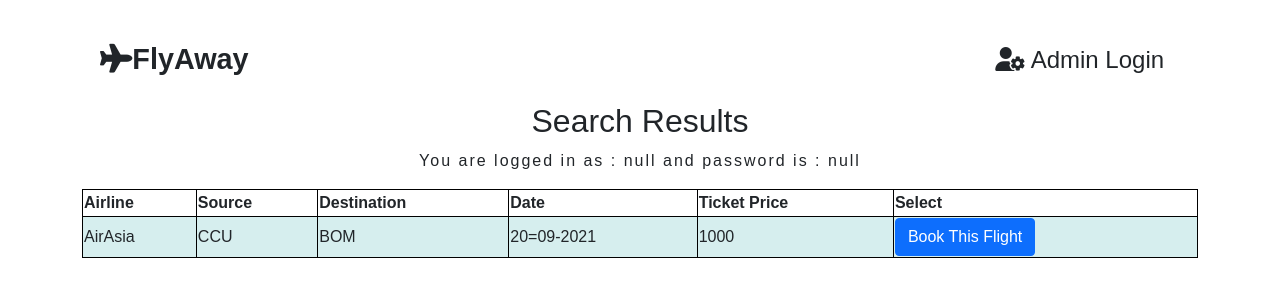
Repository: Niks4u2/FlyAway
Page: http://localhost/flyaway/search-results.jsp
The author's editor kept a copy of each file at every save. The page is drawn from the files as they stood at one save, then again after the next save.
The browser window is 1280 px wide. The pictures show the whole page.
Some web fonts or font styles are not loaded; a fallback is used. Some web libraries are served in a nearby version. The page is served by Tomcat 10. Other server files are loaded and not shown.

Above is the page before, as saved 2021-09-26 16:22:26.

### Source Code/flyaway/src/main/webapp/search-results.jsp
<%@ page language="java" contentType="text/html; charset=ISO-8859-1"
	pageEncoding="ISO-8859-1"%>
<!DOCTYPE html>
<html>

<head>
<meta charset="utf-8">
<meta name="viewreport" content="width=device-width, initial-scale=1.0">
<title>Search Results</title>
<link
	href="https://cdn.jsdelivr.net/npm/bootstrap@5.0.2/dist/css/bootstrap.min.css"
	rel="stylesheet"
	integrity="sha384-EVSTQN3/azprG1Anm3QDgpJLIm9Nao0Yz1ztcQTwFspd3yD65VohhpuuCOmLASjC"
	crossorigin="anonymous">
<script
	src="https://cdn.jsdelivr.net/npm/bootstrap@5.0.2/dist/js/bootstrap.bundle.min.js"
	integrity="sha384-MrcW6ZMFYlzcLA8Nl+NtUVF0sA7MsXsP1UyJoMp4YLEuNSfAP+JcXn/tWtIaxVXM"
	crossorigin="anonymous"></script>
<link
	href="https://fonts.googleapis.com/css?family=Raleway&display=swap"
	rel="stylesheet" />
<script src="https://kit.fontawesome.com/92e9dde9ec.js"
	crossorigin="anonymous"></script>
<style>
body {
	margin: 0;
	padding: 0;
	background: #fff;
	font-family: 'Raleway', sans-serif;
	color: #fff;
}

.banner {
	height: 100vh;
	width: 100%;
}

.banner .navbar {
	margin-top: 2%;
}

.banner .navbar-brand {
	color: #fff;
	font-size: 1.8em;
	font-weight: 700;
	margin-left: 7%;
}

.banner .nav {
	margin-right: 7%;
}

.banner .nav li a {
	color: #aaa;
	font-size: 1.5em;
}

.banner p {
	font-weight: 500;
	letter-spacing: 2px;
}

.login {
	margin-left: 50%;
}

tr:nth-child(even) {
	background-color: #D6EEEE;
}

tr:hover {
	background-color: #D6EEEE;
}

table, th, td {
	border: 1px solid black;
	border-collapse: collapse;
}
</style>
</head>

<body>
	<div
		class="container-fluid banner justify-content-center align-items-center">
		<div class="row g-2">
			<div class="col-md-12">
				<nav class="navbar navbar-md">
					<div class="navbar-brand text-dark">
						<i class="fas fa-plane"></i>FlyAway
					</div>
					<ul class="nav">
						<li class="nav-item"><a class="nav-link text-dark" href="#"><i
								class="fas fa-user-cog"></i> Admin Login</a></li>
					</ul>
				</nav>
			</div>
			<div class="col-md-12 text-center text-dark">
				<h2>Search Results</h2>
				<p>
					You are logged in as :
					<%= session.getAttribute("email") %>
					and password is :
					<%= session.getAttribute("password") %>
				</p>
			</div>

		</div>
		<div class="container">
			<div class="row text-dark">
				<div class="col-md-12">
					<table style="width: 100%;">
						<tr>
							<th>Airline</th>
							<th>Source</th>
							<th>Destination</th>
							<th>Date</th>
							<th>Ticket Price</th>
							<th>Select</th>
						</tr>
						<tr>
							<td>AirAsia</td>
							<td>CCU</td>
							<td>BOM</td>
							<td>20=09-2021</td>
							<td>1000</td>
							<td><button class="btn btn-primary">Book This Flight</button></td>
						</tr>
					</table>
				</div>
			</div>
		</div>
	</div>
</body>

</html>

After the next save:
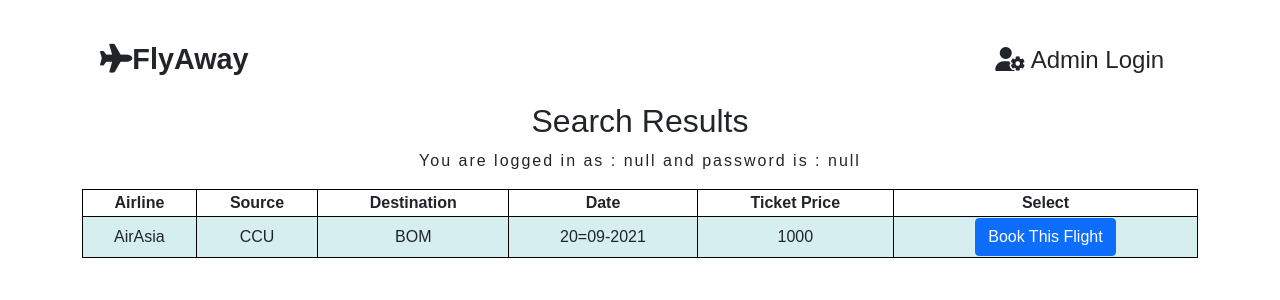
Saved 71 s later.
--- a/Source Code/flyaway/src/main/webapp/search-results.jsp
+++ b/Source Code/flyaway/src/main/webapp/search-results.jsp
@@ -108,7 +108,7 @@ table, th, td {
 		<div class="container">
 			<div class="row text-dark">
 				<div class="col-md-12">
-					<table style="width: 100%;">
+					<table style="width: 100%; text-align: center;">
 						<tr>
 							<th>Airline</th>
 							<th>Source</th>
